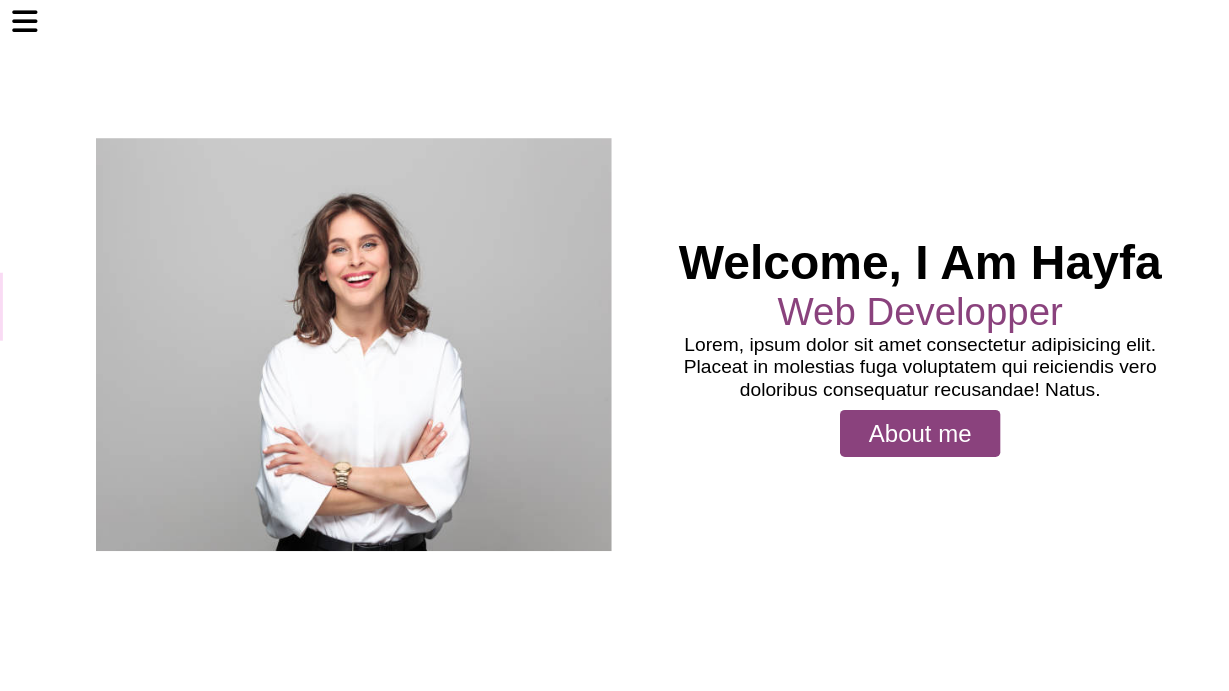
Repository: haifabilel/portfolio_project
Page: http://localhost/
The author's editor kept a copy of each file at every save. The page is drawn from the files as they stood at one save, then again after the next save.
The browser window is 1280 px wide. The pictures show the whole page, at 96% of full size.
Some web fonts or font styles are not loaded; a fallback is used. The page is run by PHP 8.4 with error messages shown; the project is at /var/www/html/.

Above is the page before, as saved 2023-09-10 13:52:48.

After the next save:
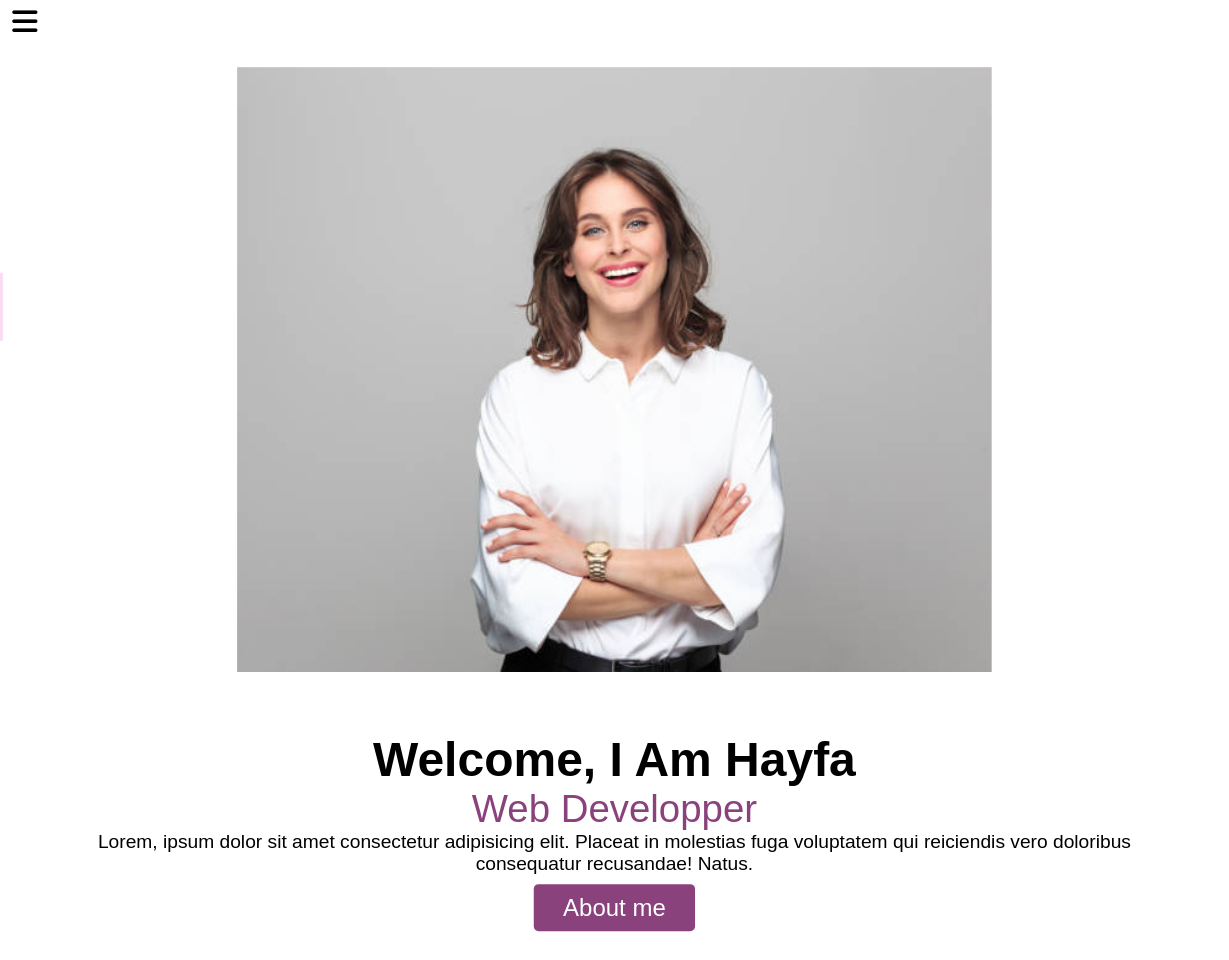
Saved 32 s later.
--- a/css/style.css
+++ b/css/style.css
@@ -133,7 +133,7 @@ p{
     font-size: 2rem;
 }
 .home .image img{
-    height:45rem;
+    height:65rem;
     padding:1rem;
     margin:30px;
 
